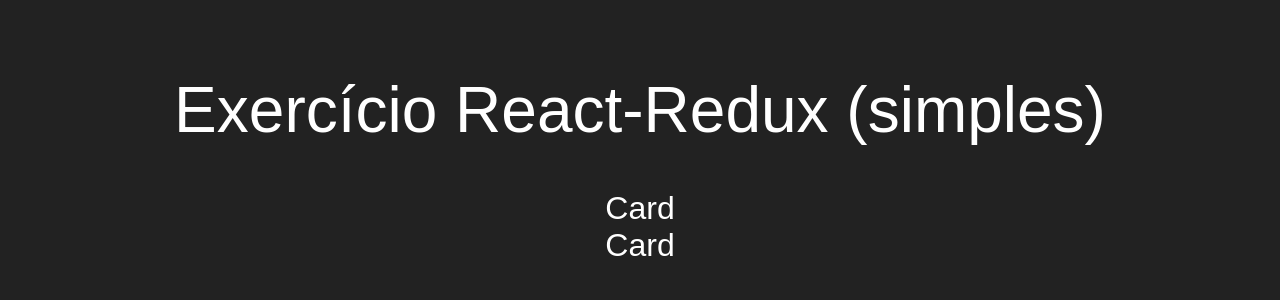
Repository: Henrique-Franca/Clear-Redux-Simples
Page: /
These files come from the project's save history. The page is drawn as it stood at one moment and after the next save; the edit follows.
The browser window is 1280 px wide. The pictures show the whole page.
The project was rebuilt for these pictures with package versions that can differ from the ones it lists, and the page was loaded fresh each time. Also part of the build but not shown: src/components/Card.css.

Above is the page before, as saved 2022-11-21 11:38:56.

### src/index.css
body{
  background-color: #222;
  font-size: 2rem;
  font-family: Arial, Helvetica, sans-serif;
  color: #fff;
  margin: 30px;
}

### src/App.js
import logo from './logo.svg';
import './App.css';
import Card from './components/Card';

function App() {
  return (
    <div className="App">
      <h1>Exercício React-Redux (simples)</h1>

      <div className='linha'>
        <Card></Card>
      </div>
      <div className='linha'>
        <Card></Card>
      </div>

    </div>
  );
}

export default App;

### src/App.css
.App{
  display: flex;
  flex-direction: column;
  align-items: center;
}

h1{
  font-weight: 200;
}

.linha{
  display: flex;
}

### src/components/Card.jsx
import './Card.css'
import React from 'react'

export default props=>{

    return (
        <div>Card</div>
    )

}

Loaded but not shown: public/index.html (common file); src/index.js (common file); src/reportWebVitals.js (common file)

After the next save:
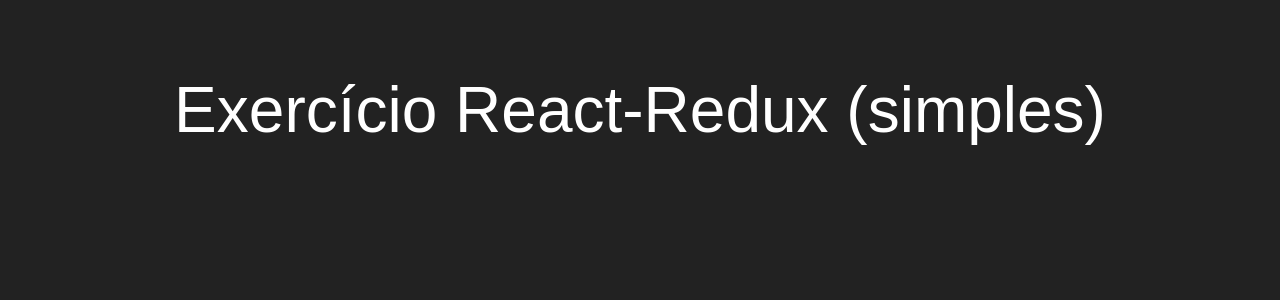
Saved 2 min 34 s later.
--- a/src/components/Card.jsx
+++ b/src/components/Card.jsx
@@ -4,7 +4,16 @@ import React from 'react'
 export default props=>{
 
     return (
-        <div>Card</div>
+        <div className='Card'>
+
+            <div className='Header'>
+                <span className='Title'>{props.title}</span>
+            </div>
+            <div className='Content'>
+                {props.children}
+            </div>
+
+        </div>
     )
 
 }
